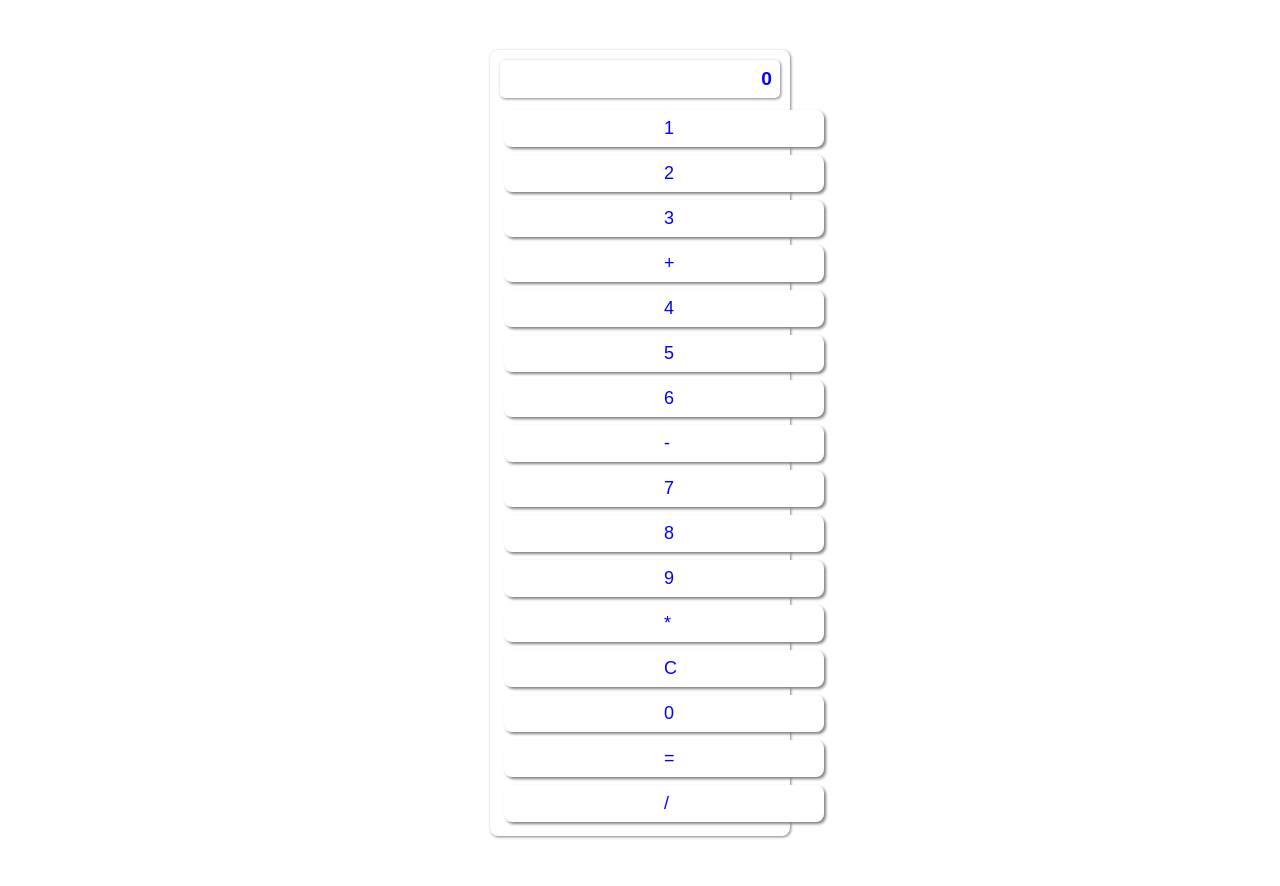
Repository: qudos4real/calculator
Page: /
These files come from the project's save history. The page is drawn as it stood at one moment and after the next save; the edit follows.
The browser window is 1280 px wide. The pictures show the whole page.
The project was rebuilt for these pictures with package versions that can differ from the ones it lists, and the page was loaded fresh each time.

Above is the page before, as saved 2022-10-09 14:30:17.

After the next save:
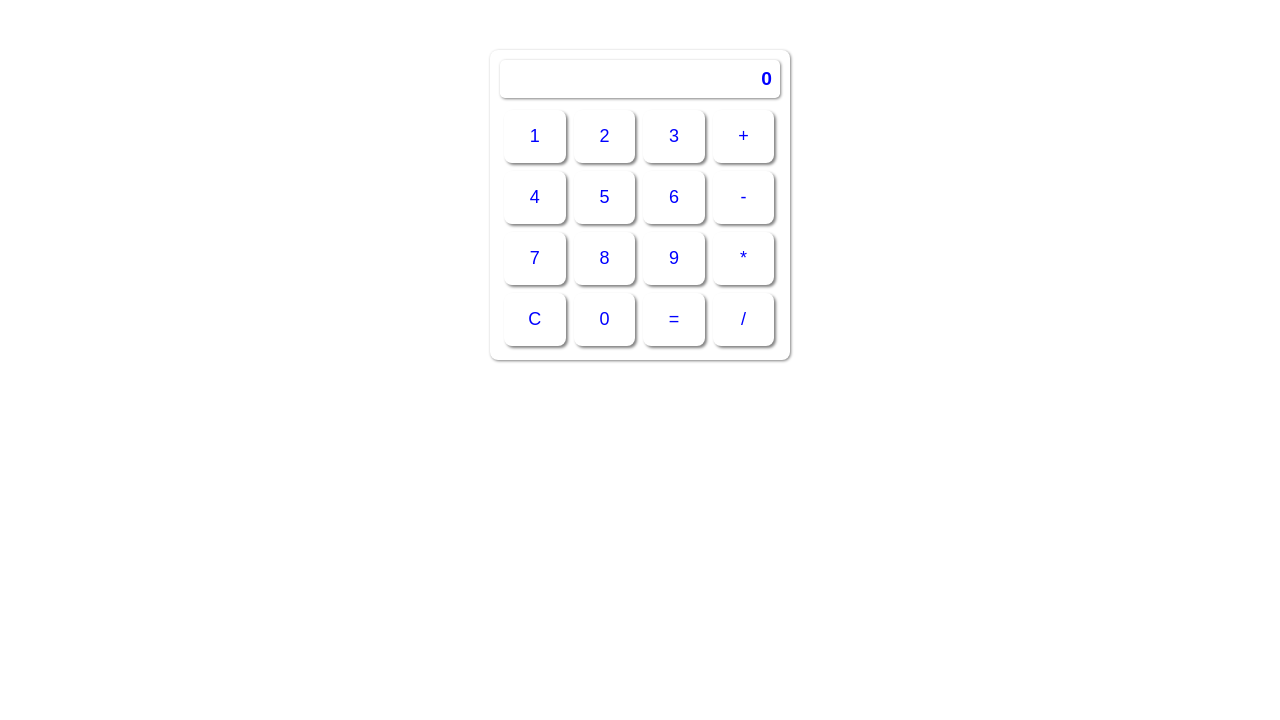
Saved 18 s later.
--- a/src/components/Calculator.css
+++ b/src/components/Calculator.css
@@ -12,7 +12,7 @@
 .num {
     width: 22%;
     font-size: large;
-    padding: 0.5rem 10rem;
+    padding: 1rem 0.5rem;
     margin: 0.25rem;
     border: none;
     box-shadow: 2px 2px 3px grey;
